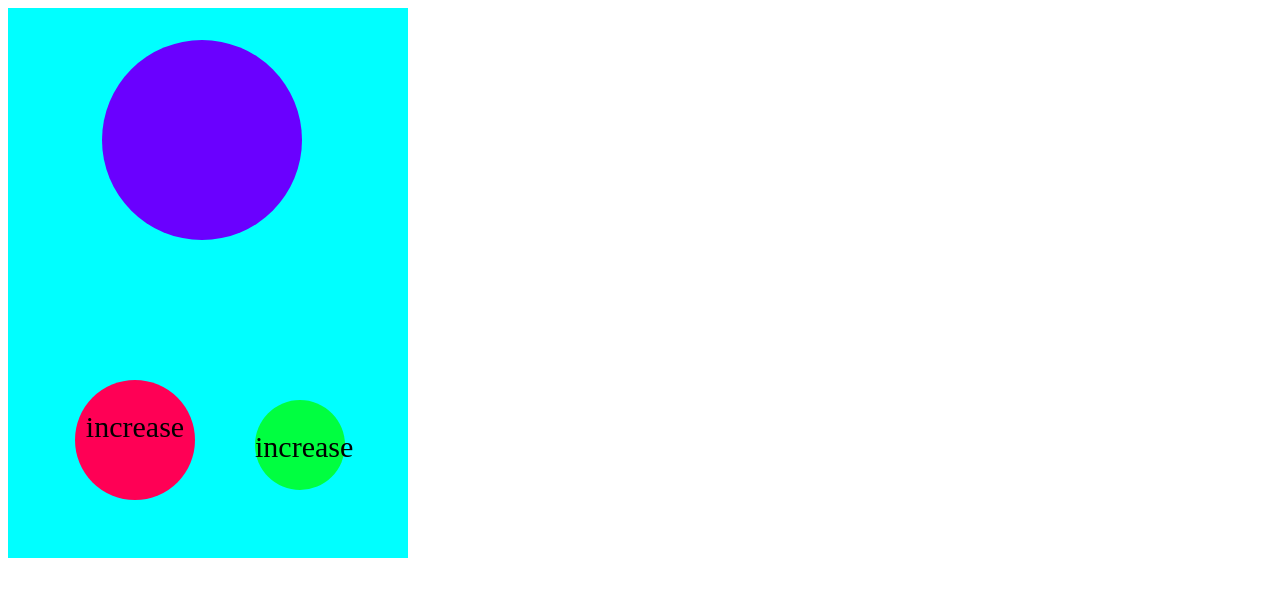
Repository: sara55m/Counter_App
Page: index.html
An editor plug-in stored every save of this project. The page is shown before and after the next save, followed by the edit.
The browser window is 1280 px wide. The pictures show the whole page.

Above is the page before, as saved 2024-07-30 03:27:56.

After the next save:
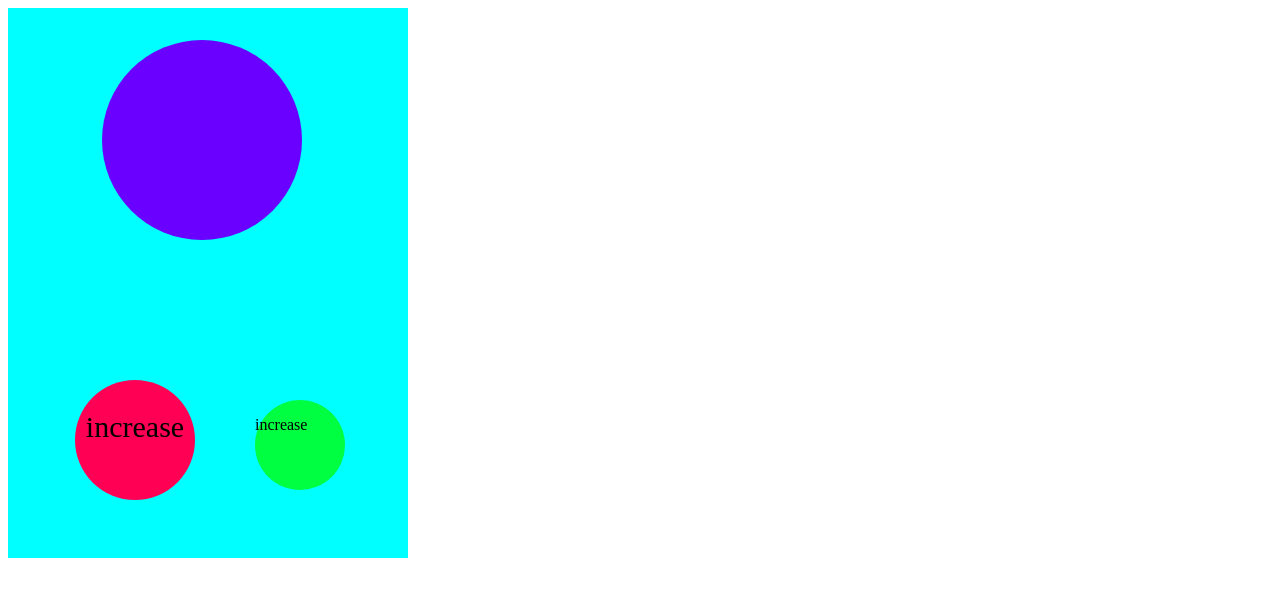
Saved 12 s later.
--- a/css/style.css
+++ b/css/style.css
@@ -28,7 +28,7 @@
     text-align: center;
     font-size: 50px;
 }
-p{
+p.first{
     font-size: 30px;;
 }
 
